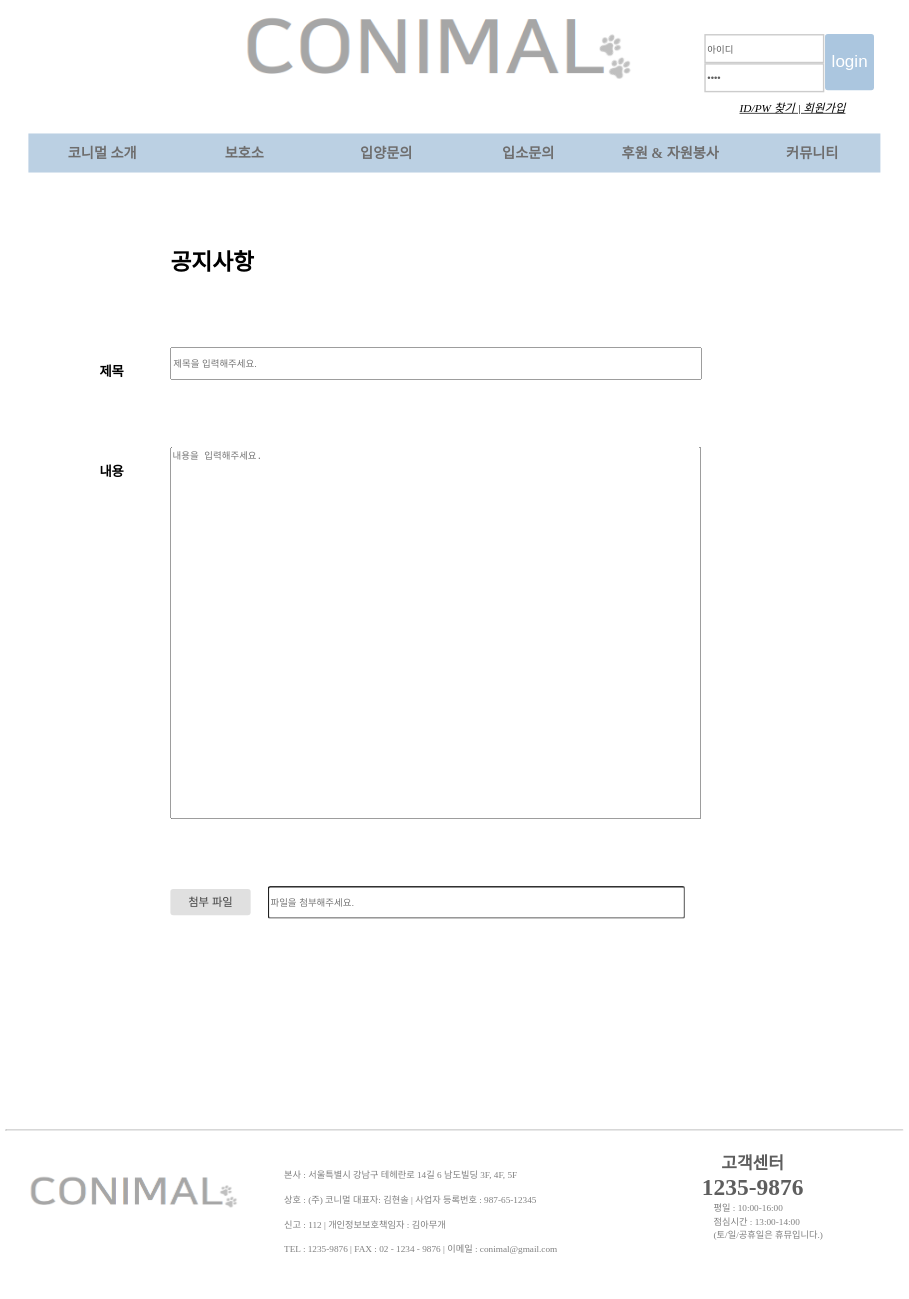
Repository: rlagusthf12/SemiProject
Page: http://localhost/jspProject/
These files come from the project's save history. The page is drawn as it stood at one moment and after the next save; the edit follows.
The browser window is 1280 px wide. The pictures show the whole page, at 71% of full size.
The page is served by Tomcat 9.

Above is the page before, as saved 2021-05-18 08:07:26.

After the next save:
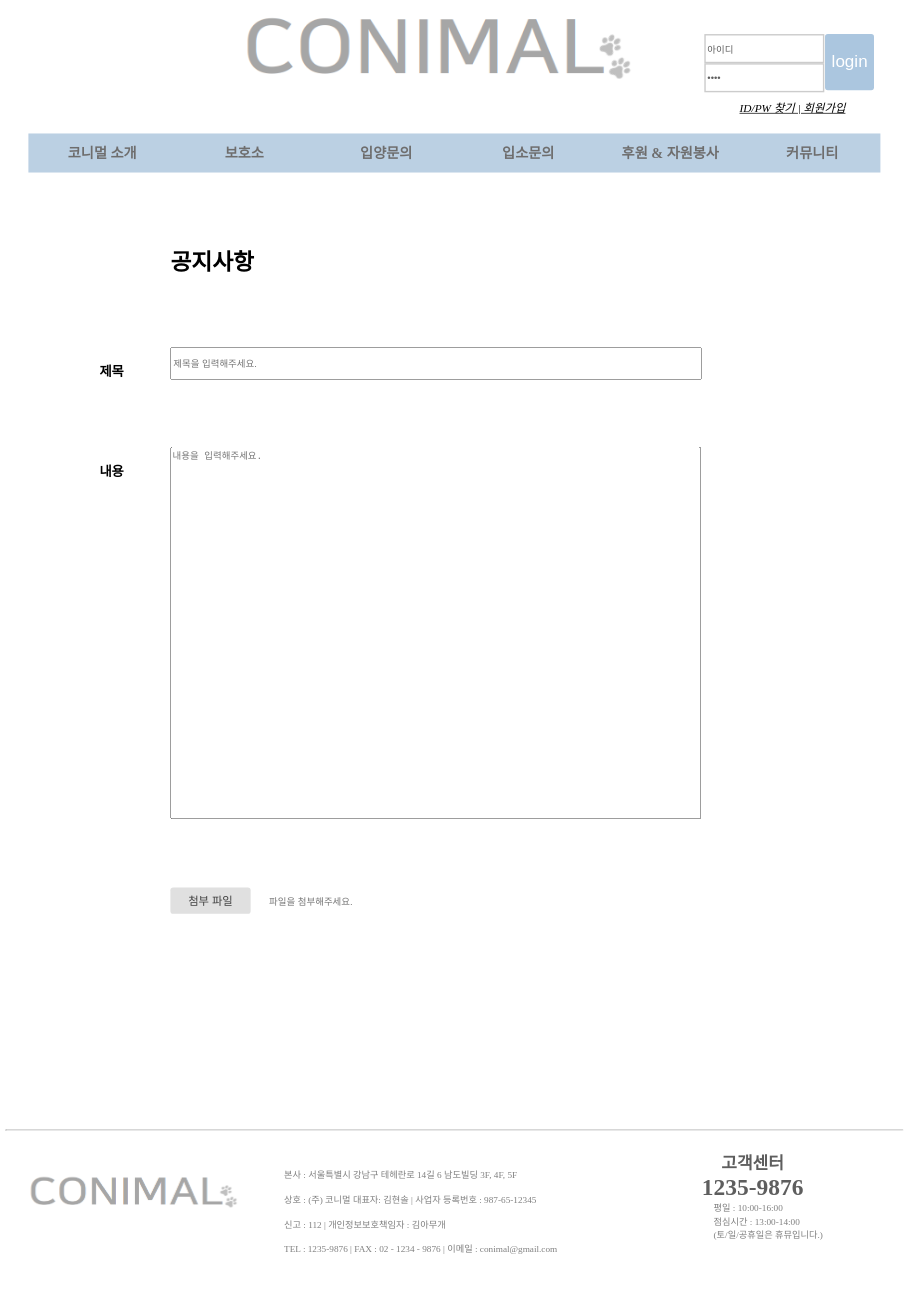
Saved 75 s later.
--- a/jspProject/WebContent/views/notice/writeNotice.jsp
+++ b/jspProject/WebContent/views/notice/writeNotice.jsp
@@ -57,6 +57,7 @@
  width: 580px; height: 40px;
  margin-left:20px;
  border-radius:4px;
+ border:0px;
 }
 #inputfile{
 display:none;

After the 2 saves that followed:
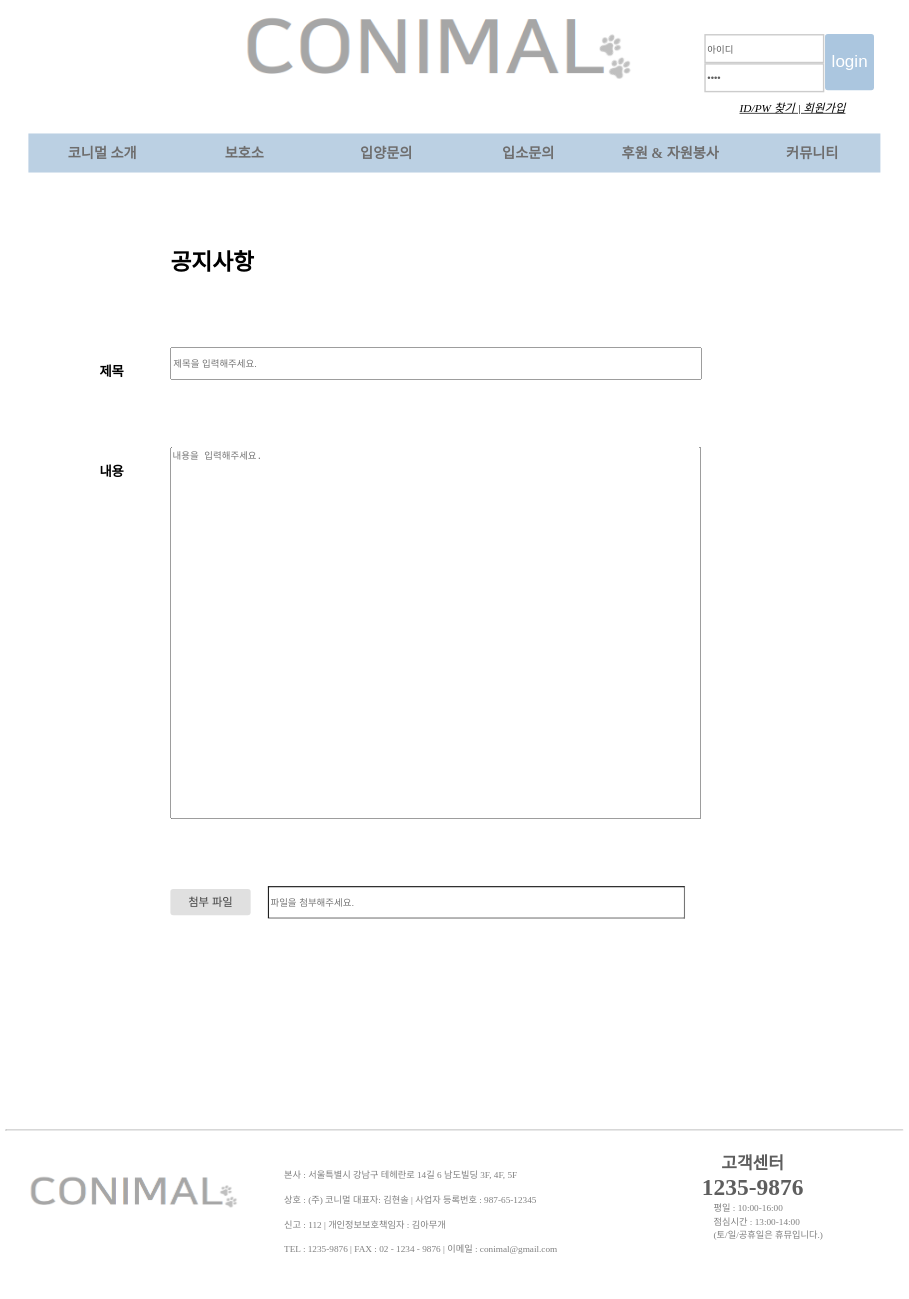
The 2 saves are shown as one change because 1 left the picture as it was.
The last was saved 18 s later.
--- a/jspProject/WebContent/views/notice/writeNotice.jsp
+++ b/jspProject/WebContent/views/notice/writeNotice.jsp
@@ -56,8 +56,8 @@
 .attachment>input{
  width: 580px; height: 40px;
  margin-left:20px;
- border-radius:4px;
- border:0px;
+ border-radius:1px;
+
 }
 #inputfile{
 display:none;
